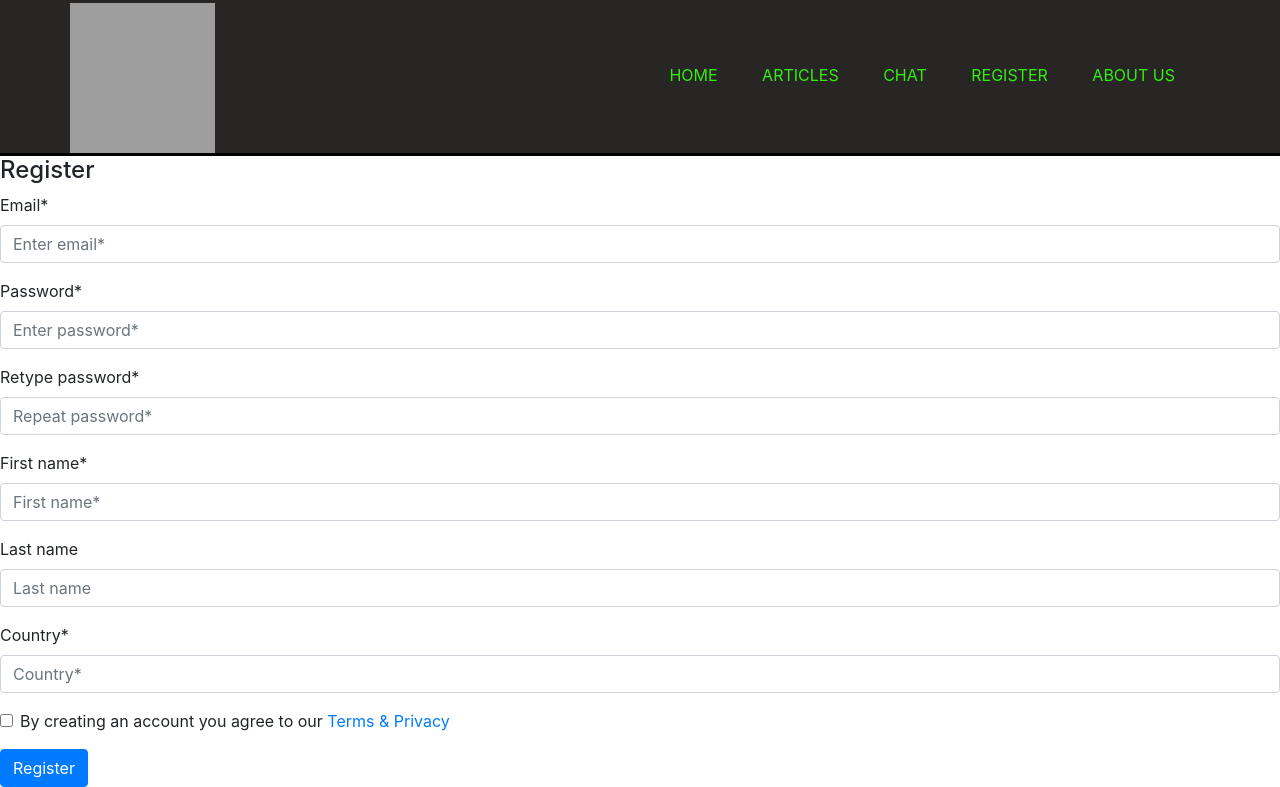
Repository: elvitasaukitena/Web
Page: register/register.html
An editor plug-in stored every save of this project. The page is shown before and after the next save, followed by the edit.
The browser window is 1280 px wide. The pictures show the whole page.
Pictures or frames that could not be fetched are drawn as grey boxes.

Above is the page before, as saved 2018-08-08 14:55:36.

### register/register.html
<!DOCTYPE html>
<html lang="en">

<head>
    <meta charset="UTF-8">
    <meta name="viewport" content="width=device-width, initial-scale=1.0">
    <meta http-equiv="X-UA-Compatible" content="ie=edge">
    <title>Document</title>
    <link rel="stylesheet" type="text/css" media="screen" href="register.css" />
    <link rel="stylesheet" href="https://stackpath.bootstrapcdn.com/bootstrap/4.1.3/css/bootstrap.min.css" integrity="sha384-MCw98/SFnGE8fJT3GXwEOngsV7Zt27NXFoaoApmYm81iuXoPkFOJwJ8ERdknLPMO"
        crossorigin="anonymous">

</head>

<body>
    <header>
        <div class="container">
            <div id="branding">
                <a href="../homepage/home.html">
                    <img id="img1" src="https://orig00.deviantart.net/999e/f/2017/347/7/e/cute_cat_gif_version_by_byanchalovelemon-dbwlb8v.gif">

                </a>
            </div>
            <div>

                <nav>
                    <ul>
                        <li>
                            <a href="../home/home.html">Home</a>
                        </li>
                        <li>
                            <a href="../articles/articles.html">Articles</a>
                        </li>
                        <li>
                            <a href="../chat/chat.html">Chat</a>
                        </li>
                        <li>
                            <a href="../register/register.html">Register</a>
                        </li>
                        <li>
                            <a href="../about us/about.html">About Us</a>
                        </li>
                    </ul>
                </nav>

            </div>

    </header>

    <div class="register">

            <form class="needs-validation" id="signup_form" action="../src/index.html" target="_blank" method="POST" novalidate>
                <h4 id="reg_title">Register</h4>
                <div class="form-group">
                    <label for="email">Email*</label>
                    <input type="email" class="form-control" id="email" placeholder="Enter email*" name="email" required>
                </div>
                <div class="form-group">
                    <label for="pwd">Password*</label>
                    <input type="password" class="form-control" id="password" placeholder="Enter password*" name="password" required>
                </div>
                <div class="form-group">
                    <label for="pwd">Retype password*</label>
                    <input type="password" class="form-control" id="confirmpassword" placeholder="Repeat password*" name="confirmpassword" required>
                </div>
                <div class="form-group">
                    <label for="pwd">First name*</label>
                    <input type="text" class="form-control" id="firstN" placeholder="First name*" name="firstN" required>
                </div>
                <div class="form-group">
                    <label for="pwd">Last name</label>
                    <input type="text" class="form-control" id="lastN" placeholder="Last name" name="lastN" required>
                </div>
                <div class="form-group">
                    <label for="pwd">Country*</label>
                    <input type="text" class="form-control" id="country" placeholder="Country*" name="country" required>
                </div>

                <div class="form-group">
                    <div class="form-check">
                        <input class="form-check-input" type="checkbox" id="checkbox1" name="checkbox" required>
                        <label class="form-check-label" for="checkbox1">By creating an account you agree to our
                            <a href="#">Terms &#38; Privacy</a>
                        </label>

                    </div>
                </div>

                <button type="submit" class="btn btn-primary" value="Submit" onClick="validatePassword();">Register</button>

            </form>

        </div>

</body>

</html>

### register/register.css
body{
    font-family: Arial, Helvetica, sans-serif;
    font-size: 15px;
    line-height: 1,5;
    font: 15px/1,5 Arial, Helvetica, sans-serif;
    padding:0;
    margin:0;
    background-color: rgb(192, 189, 189);
}

.container{
    width: 40%;
    margin:auto;
    overflow:hidden;
}


header ul{
    margin:0;
    padding:0;

}


header{
    background: #272624;
    color: #ffffff;
    padding-top: 3px;
    min-height: 40px;
    border-bottom: #000000 3px solid;
}

header #branding{
    float: left;
    margin-left: -20px;
    margin-top: 0px;
    margin-bottom: 0px;
}

header #img1{
    height: 150px;
    width: 150px;
}

header a{
    color: #35ec10;
    text-decoration: none;
    text-transform: uppercase;
    font: size 16;
}

header nav{
    float: right;
    margin-top: 60px;
}

header li{
    display: inline;
    padding: 0 20px 0 20px;
}

After the next save:
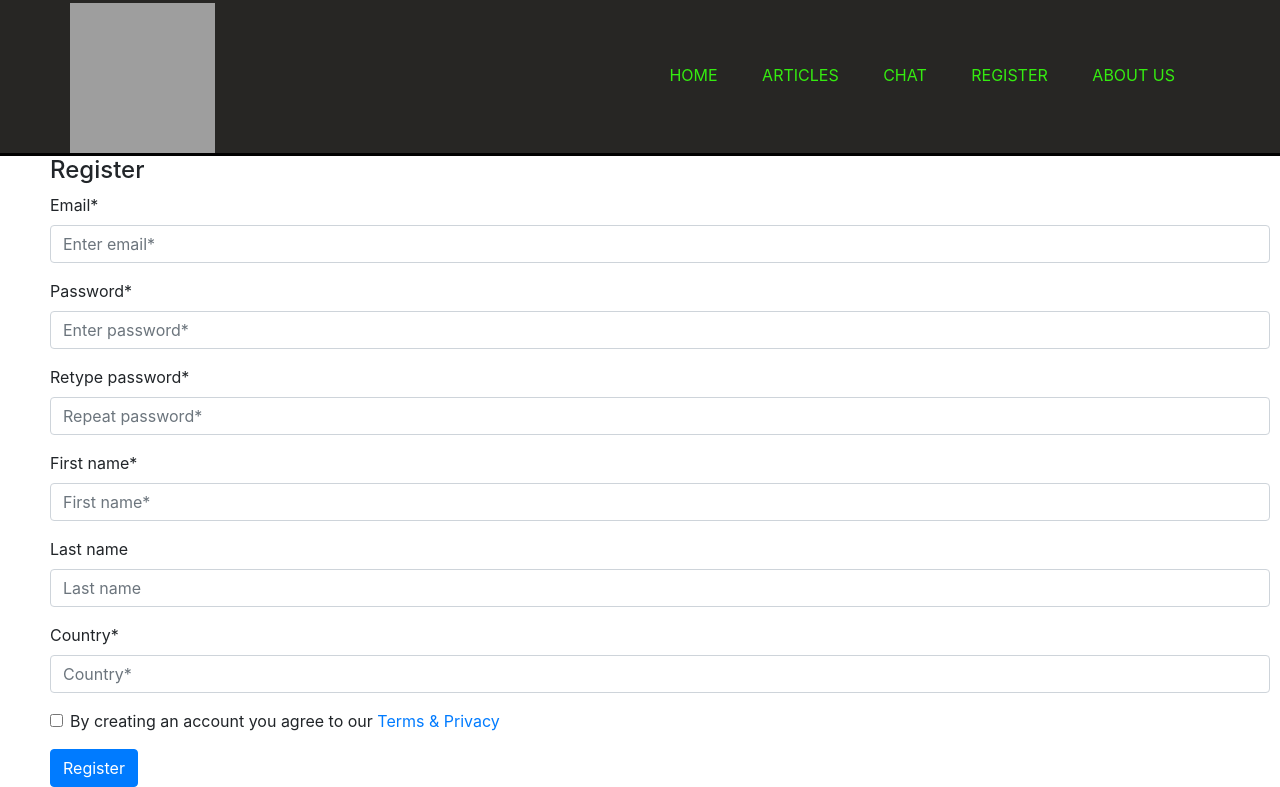
Saved 36 s later.
--- a/register/register.css
+++ b/register/register.css
@@ -58,3 +58,6 @@
     display: inline;
     padding: 0 20px 0 20px;
 }
+.register {
+    padding: 0 10px 0 50px;
+}
